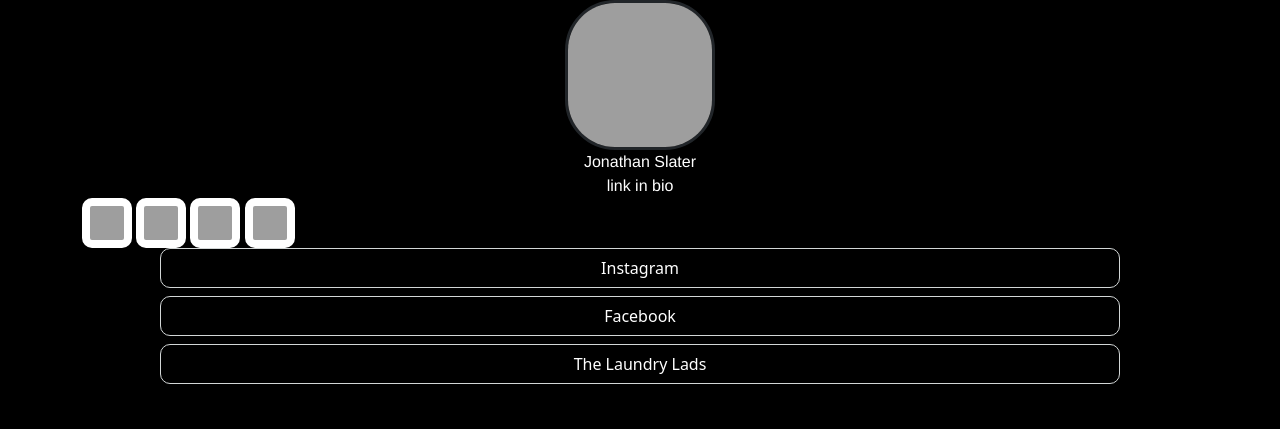
Repository: jontslater/LAB-link-in-bio
Page: index.html
These files come from the project's save history. The page is drawn as it stood at one moment and after the next save; the edit follows.
The browser window is 1280 px wide. The pictures show the whole page.
Pictures or frames that could not be fetched are drawn as grey boxes.

Above is the page before, as saved 2023-10-15 15:38:21.

### index.html
<!DOCTYPE html>
<html lang="en">
<head>
  <meta charset="UTF-8">
  <meta name="viewport" content="width=device-width, initial-scale=1.0">
  <title>linkinbio</title>
    <link href="https://cdn.jsdelivr.net/npm/bootstrap@5.1.3/dist/css/bootstrap.min.css" rel="stylesheet" integrity="sha384-1BmE4kWBq78iYhFldvKuhfTAU6auU8tT94WrHftjDbrCEXSU1oBoqyl2QvZ6jIW3" crossorigin="anonymous">
   <script src="main.js"></script>
  <link rel="stylesheet" href="main.css">

</head>
<body>

<div class="container">



  <img src="https://images.squarespace-cdn.com/content/v1/5b4d6d0b4cde7aa9fbec4fba/1537653096550-J9E52XLPZITJTOB32UZU/DSC03367.jpg?format=1000w"
  width="150";
  height="150";
  alt="alternatetext" class="photo">

<div class="Jon">Jonathan Slater</div>
<div class="Jon">link in bio</div>

<div></div>
<img src="https://www.freepnglogos.com/elon-musk-twitter-rebrand-x-logo-2.png" alt="alternatetext" class="social side">
<img src="https://upload.wikimedia.org/wikipedia/commons/thumb/8/8b/YouTube_dark_icon_%282017%29.svg/2560px-YouTube_dark_icon_%282017%29.svg.png" alt="alternatetext" class="social side">
<img src="https://image.similarpng.com/very-thumbnail/2020/06/Black-icon-Instagram-logo-transparent-PNG.png" alt="alternatetext" class="social side">
<img src="https://cdn.icon-icons.com/icons2/2428/PNG/512/linkedin_black_logo_icon_147114.png" alt="alternatetext" class="social side">
</div>

<div class="d-grid gap-2">
    <button class="buttons" type="button">Instagram</button>
    <button class="buttons" type="button">Facebook</button>
    <button class="buttons" type="button">The Laundry Lads</button>
  </div>


  <script src="https://cdn.jsdelivr.net/npm/bootstrap@5.1.3/dist/js/bootstrap.bundle.min.js" integrity="sha384-ka7Sk0Gln4gmtz2MlQnikT1wXgYsOg+OMhuP+IlRH9sENBO0LRn5q+8nbTov4+1p" crossorigin="anonymous"></script>
</div>
</body>
</html>

### main.js
console.log("This is a bio");

### main.css
body{
  background-color: black;
}

.buttons{
  background-color:black;
  border-style: solid;
  border-color: rgb(210, 214, 214);
  border-width: thin;
  color:white;
  width: 75%;
  height: 40px;
  border-radius: 10px;
  margin: auto;

}

.Jon{
  color:white;
  text-align: center;
  margin: auto;
  font-style: normal sans-serif;
  font-family: 'Franklin Gothic Medium', 'Arial Narrow', Arial, sans-serif;
}

.photo{
  display: block;
  margin-left: auto;
  margin-right: auto;
  border-style: solid;
  border-radius: 50px
}

.social{
  background-color:white;
  color:white;
  border-radius: 10px;
  border-style: solid;
  height: 50px;
  width: 50px;
  align-items: center;
  padding: 5px;
}

After the next save:
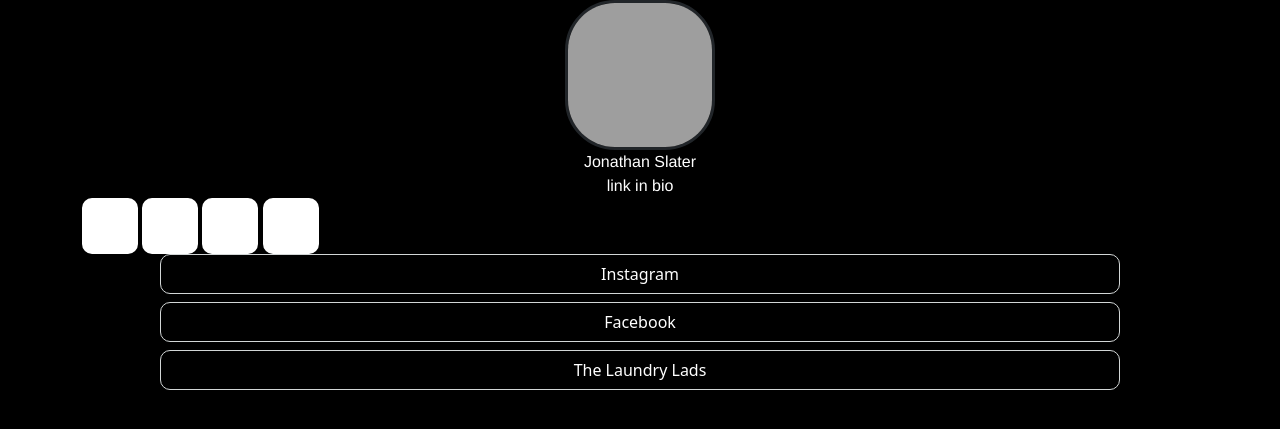
Saved 9 s later.
--- a/main.css
+++ b/main.css
@@ -39,5 +39,5 @@
   height: 50px;
   width: 50px;
   align-items: center;
-  padding: 5px;
+  padding: 25px;
 }
